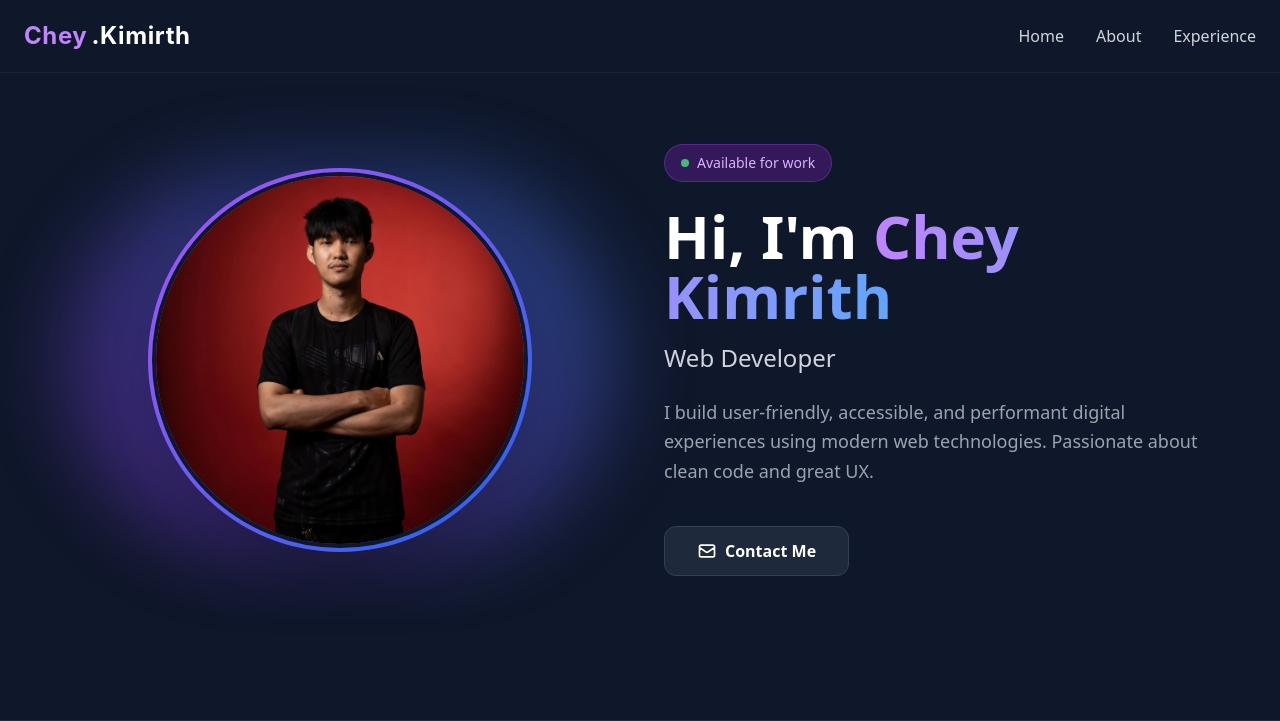
Repository: Kimrith/my-cv
Page: /
An editor plug-in stored every save of this project. The page is shown before and after the next save, followed by the edit.
The browser window is 1280 px wide. The pictures show the part of the page from y = 0 to 721 px (the page is 4190 px tall before and 720 px after).
Pictures or frames that could not be fetched are drawn as grey boxes. Some web libraries are served in a nearby version. The project was rebuilt for these pictures with package versions that can differ from the ones it lists, and the page was loaded fresh each time. Also part of the build but not shown: vite.config.js, src/Layout/footer.jsx.

Above is the page before, as saved 2026-03-10 02:06:45.

After the next save:
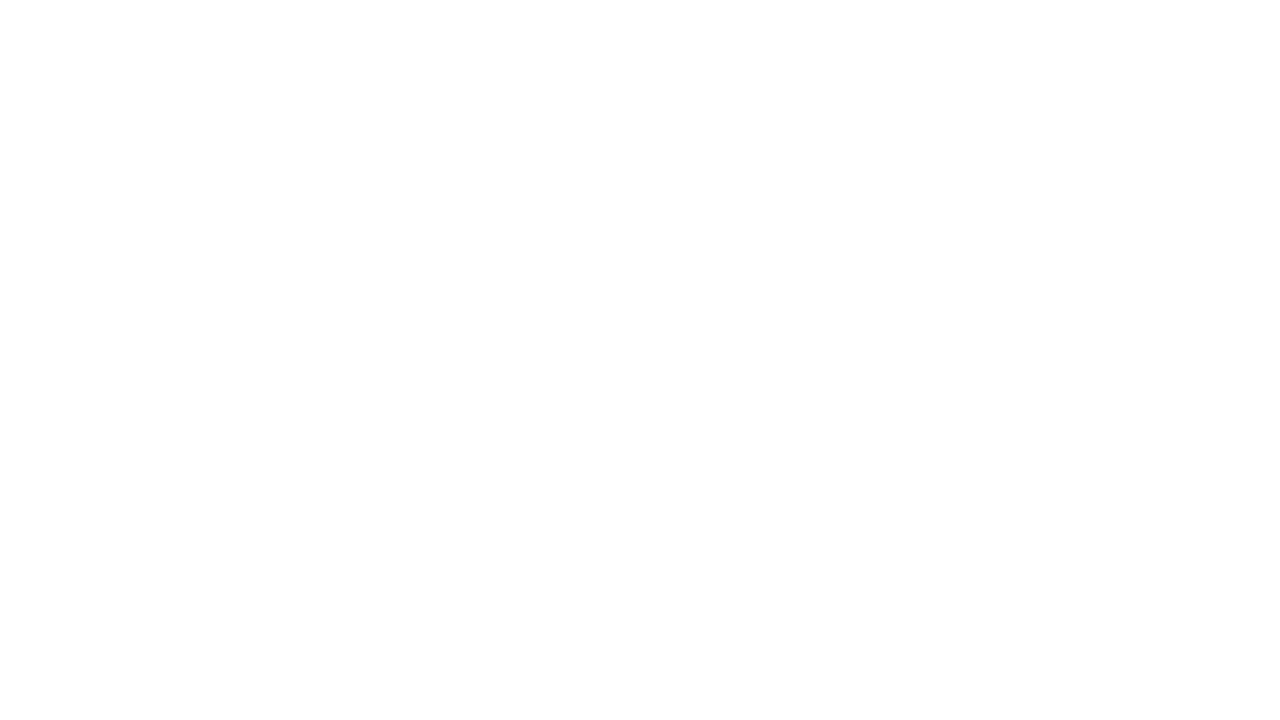
Console error: ReferenceError: AOS is not defined
Saved 71 s later.
--- a/src/Navigation/home.jsx
+++ b/src/Navigation/home.jsx
@@ -1,8 +1,6 @@
 import chey from "../assets/chey.png";
 import me from "../assets/me.png";
 import { useEffect, useState } from "react";
-import AOS from "aos";
-import "aos/dist/aos.css";
 
 export default function Homepage() {
   const [hover, setHover] = useState(false);

After the save that followed:
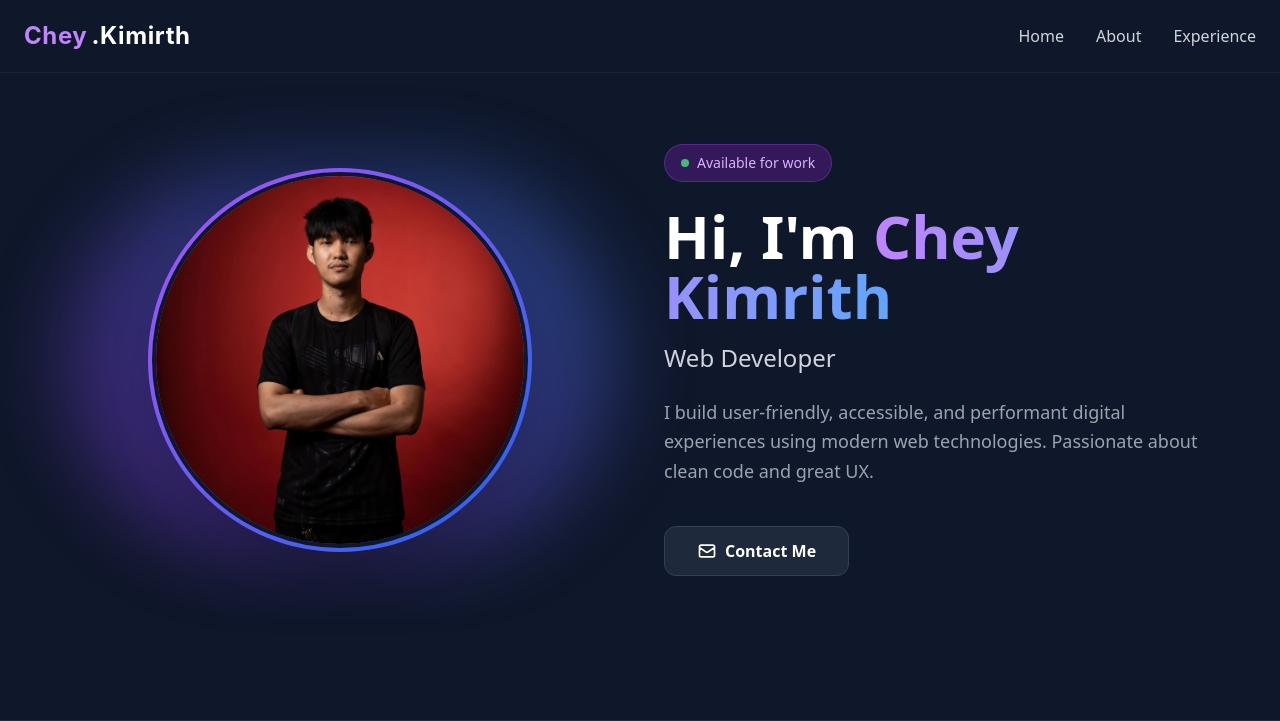
The error is gone.
Saved 53 s later.
--- a/index.html
+++ b/index.html
@@ -16,6 +16,7 @@
   </head>
   <body>
     <div id="root"></div>
+    <script src="https://unpkg.com/aos@2.3.1/dist/aos.js"></script>
     <script type="module" src="/src/main.jsx"></script>
   </body>
 </html>
